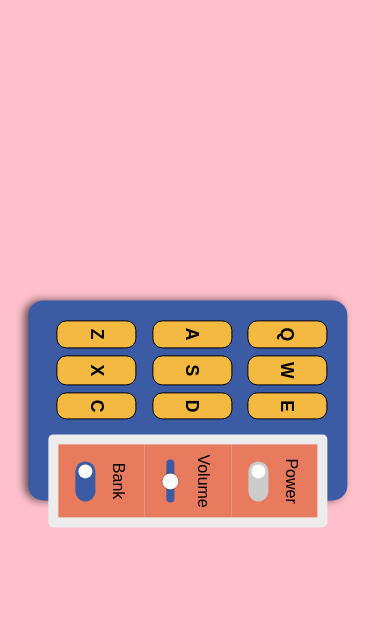
Repository: alfredoleano/drum-machine
Page: /
These files come from the project's save history. The page is drawn as it stood at one moment and after a run of saves; the edit follows.
The browser window is 375 px wide. The pictures show the whole page.
The project was rebuilt for these pictures with package versions that can differ from the ones it lists, and the page was loaded fresh each time.

Above is the page before, as saved 2024-06-13 19:50:31.

After the next 2 saves:
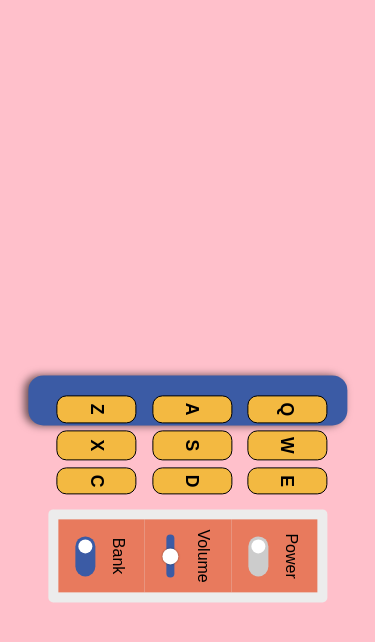
The 2 saves are shown as one change because they came seconds apart.
The last was saved 14 s later.
--- a/src/styles.scss
+++ b/src/styles.scss
@@ -250,7 +250,7 @@ input[type="range"]::-ms-track {
   }
 
   #display {
-    width: 200px;
+    width: 50px;
     height: 85vw;
     transform: rotate(90deg);
     transform-origin: center;
